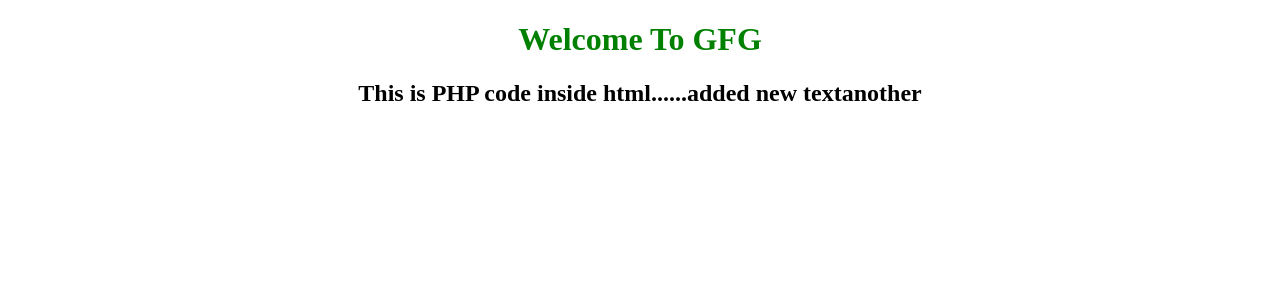
Repository: slevin2002/phpprojectgh
Page: http://localhost/example1.php
These files come from the project's save history. The page is drawn as it stood at one moment and after a run of saves; the edit follows.
The browser window is 1280 px wide. The pictures show the whole page.
The page is run by PHP 8.4 with error messages shown; the project is at /var/www/html/.

Above is the page before, as saved 2022-12-14 11:03:51.

### example1.php
<!DOCTYPE html>
<html>

<head>
	<style>
		h1 {
			color: green;
		}
	</style>
</head>

<body>
	<center>
		<h1>Welcome To GFG</h1>

		<h2>
			<?php
			echo "This is PHP code inside html......";
			echo "added new text";
			echo "another"
			?>
		</h2>
	</center>
</body>

</html>

After the next 4 saves:
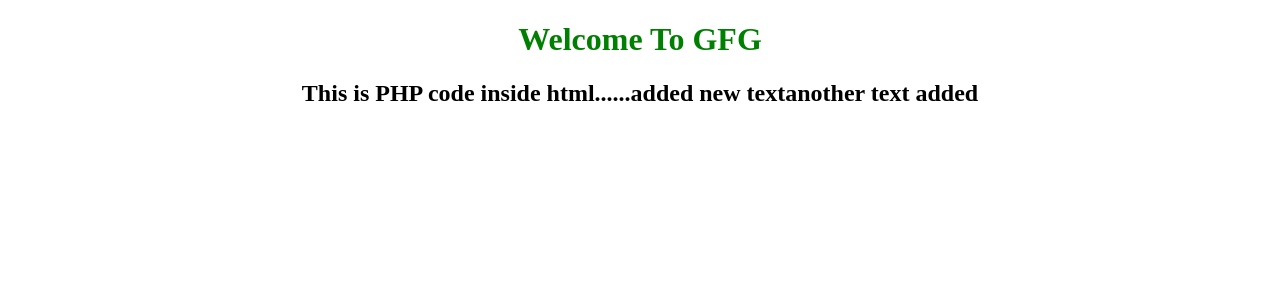
The 4 saves are shown as one change because they came seconds apart.
The last was saved 14 s later.
--- a/example1.php
+++ b/example1.php
@@ -17,7 +17,7 @@
 			<?php
 			echo "This is PHP code inside html......";
 			echo "added new text";
-			echo "another"
+			echo "another text added";
 			?>
 		</h2>
 	</center>
